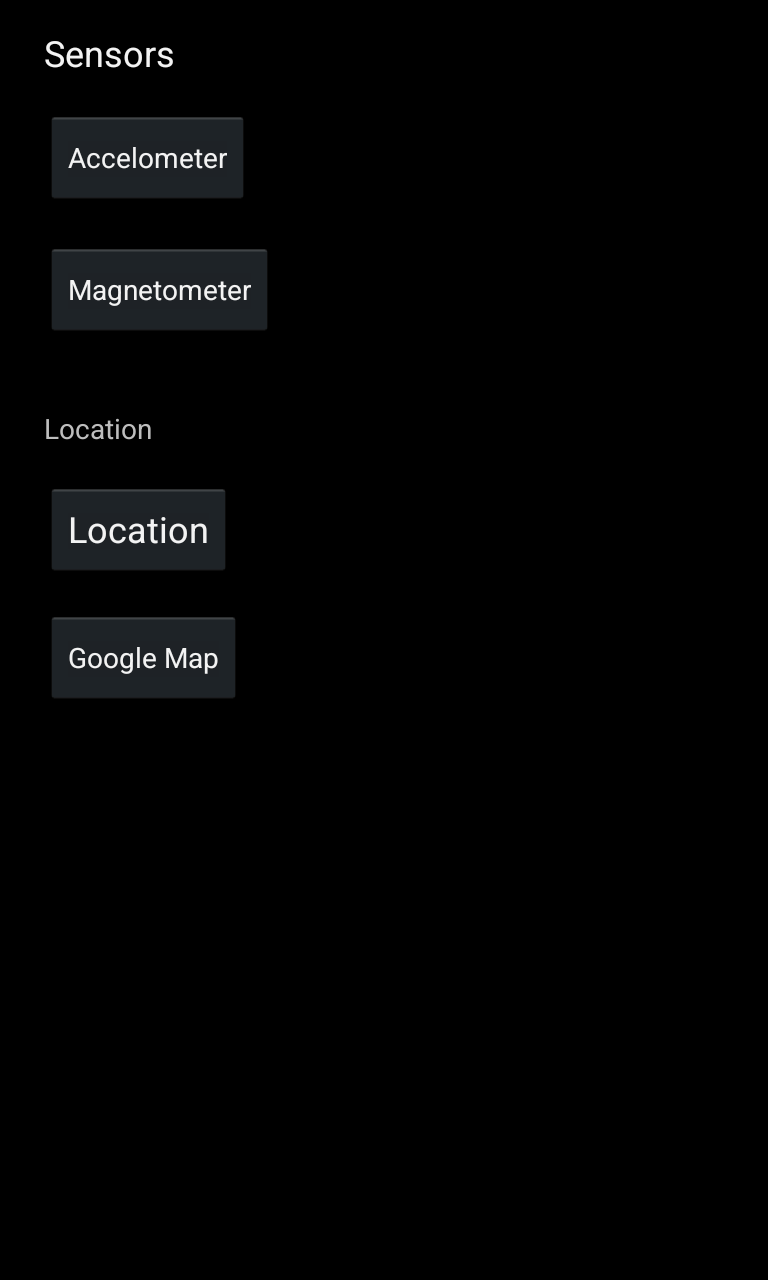
Repository: Amir13/Android_Basic_Steps
Layout: ViewElements5/res/layout/fragment_thrid.xml
The author's editor kept a copy of each file at every save. The layout is drawn from the files as they stood at one save, then again after the next save.
It is drawn on a 768 x 1280 px phone screen (xhdpi) without system bars, with theme android:Theme.Holo; the app's code is not run.

Above is the layout before, as saved 2014-06-23 23:00:34.

After the next save:
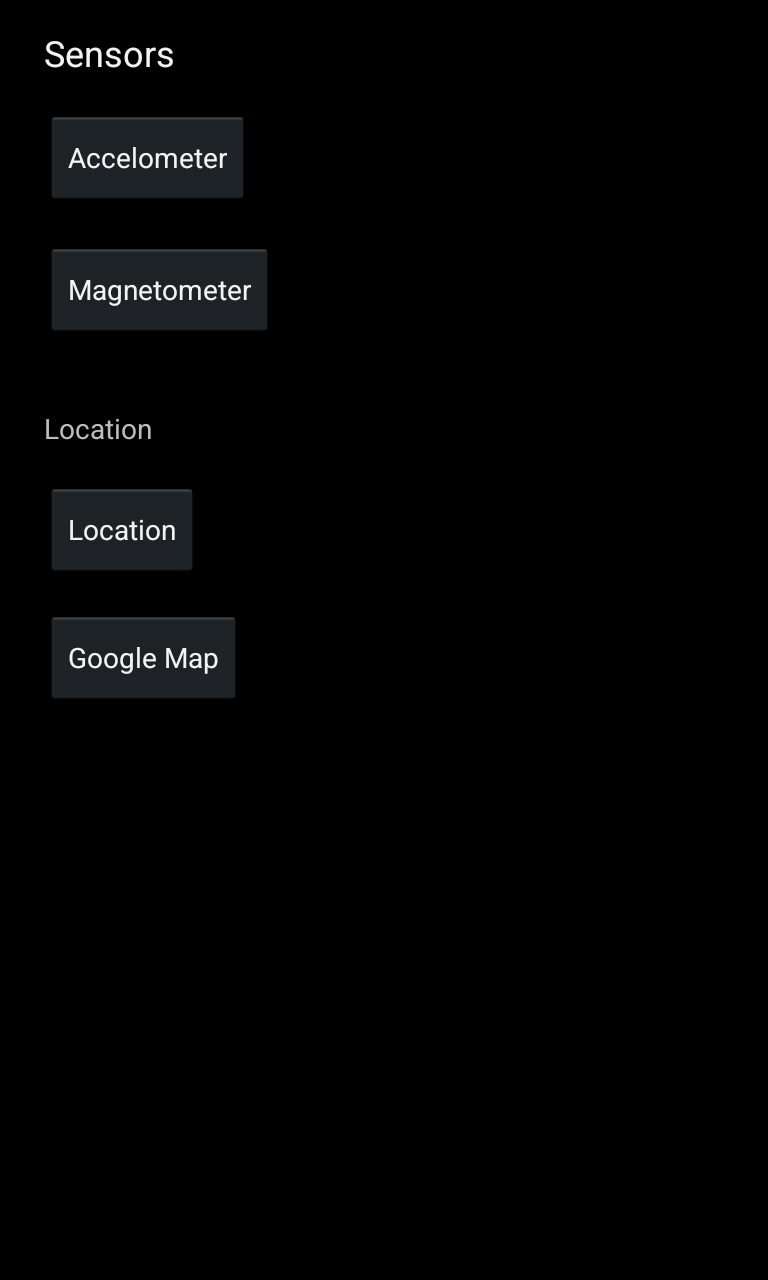
Saved 30 s later.
--- a/ViewElements5/res/layout/fragment_thrid.xml
+++ b/ViewElements5/res/layout/fragment_thrid.xml
@@ -48,6 +48,7 @@
         android:id="@+id/btnLocation"
         android:layout_width="wrap_content"
         android:layout_height="wrap_content"
+        style="?android:attr/buttonStyleSmall"
         android:layout_alignLeft="@+id/textView2"
         android:layout_below="@+id/textView2"
         android:layout_marginTop="17dp"
